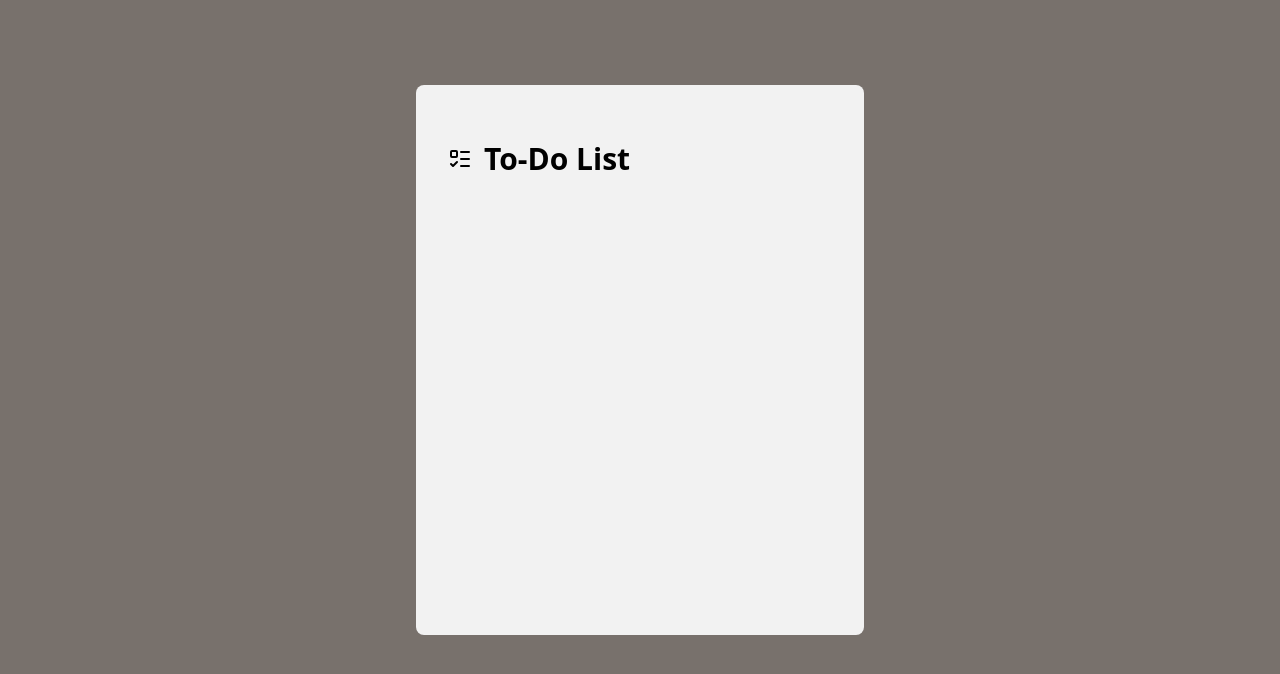
Repository: guilhermecardoso93/todolist-2025-tailwind
Page: /
An editor plug-in stored every save of this project. The page is shown before and after the next save, followed by the edit.
The browser window is 1280 px wide. The pictures show the whole page.
The project was rebuilt for these pictures with package versions that can differ from the ones it lists, and the page was loaded fresh each time. Also part of the build but not shown: vite.config.js.

Above is the page before, as saved 2024-11-07 19:58:41.

After the next save:
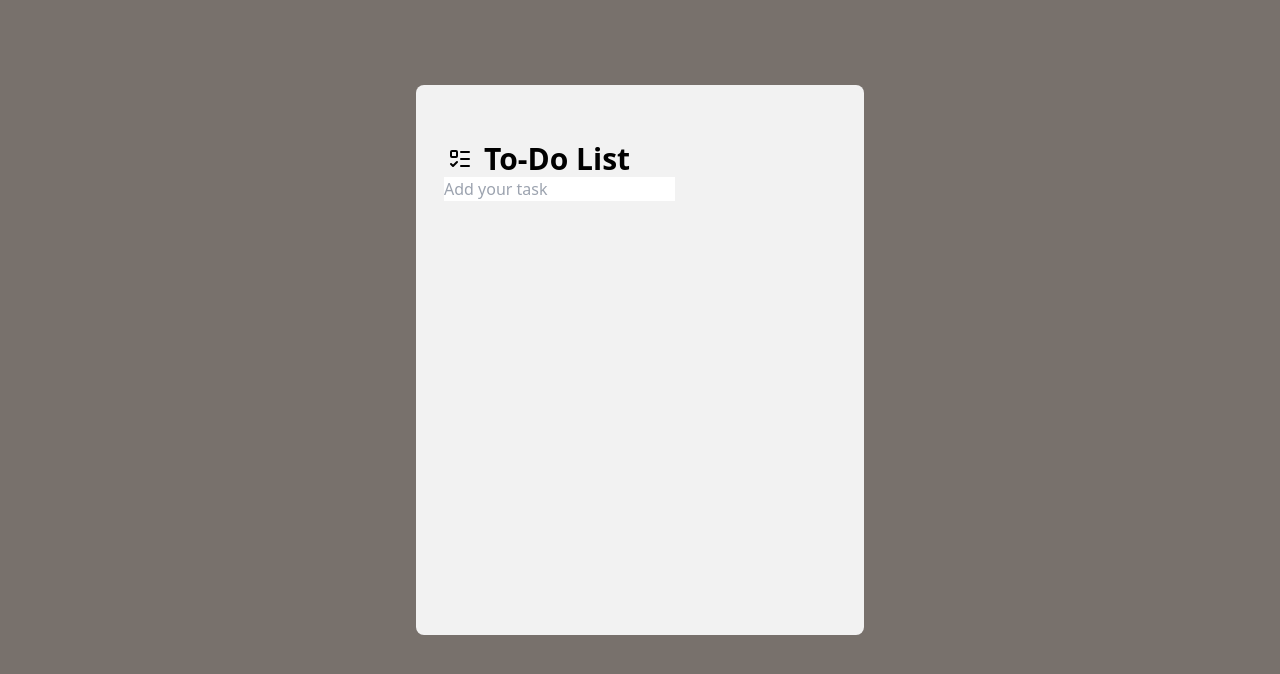
Saved 70 s later.
--- a/src/components/ToDo.jsx
+++ b/src/components/ToDo.jsx
@@ -3,10 +3,17 @@ import { ListTodo } from "lucide-react";
 export function ToDo() {
   return (
     <div className="bg-[#f2f2f2] place-self-center w-11/12 max-w-md flex flex-col p-7 min-h-[550px] rounded-lg">
+
       <div className="flex items-center mt-7 gap-2 flex flex-row">
         <ListTodo className="w-8" />
         <h1 className="text-3xl font-semibold">To-Do List</h1>
       </div>
+
+      <div className="">
+        <input type="text" placeholder="Add your task" />
+      </div>
+
+
     </div>
   );
 }
